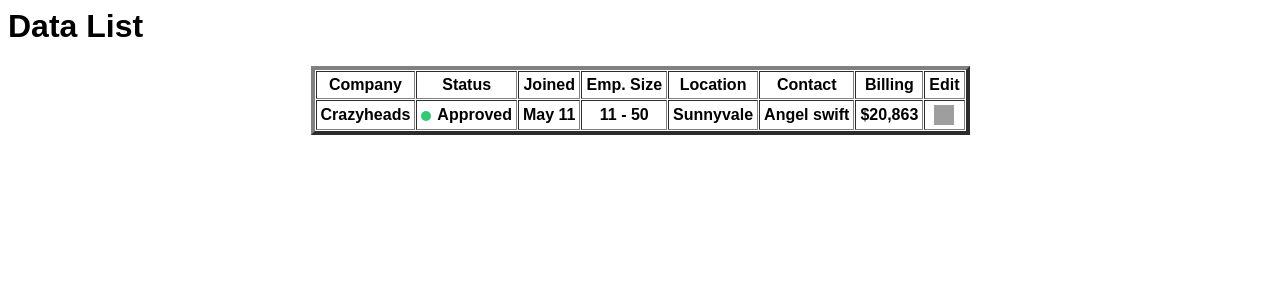
Repository: AdityaTech-Pro/FullStackWithBridgelabz
Page: Assignment2/Data_List/index.html
The author's editor kept a copy of each file at every save. The page is drawn from the files as they stood at one save, then again after the next save.
The browser window is 1280 px wide. The pictures show the whole page.
Pictures or frames that could not be fetched are drawn as grey boxes.

Above is the page before, as saved 2025-10-15 09:37:22.

After the next save:
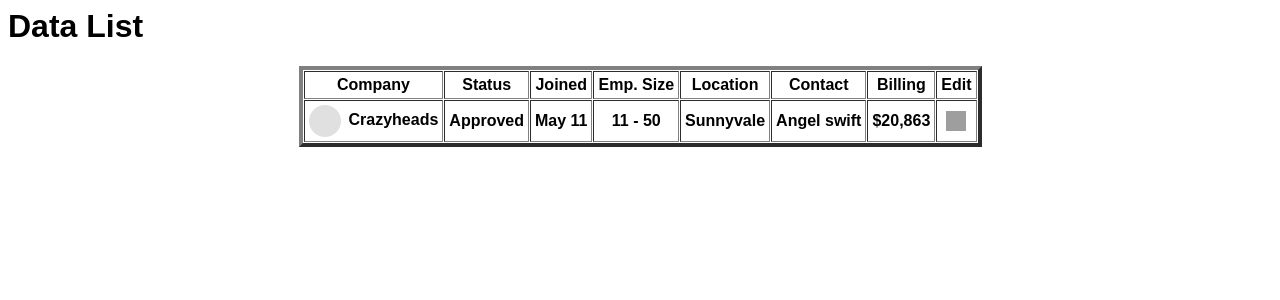
Saved 2 min 12 s later.
--- a/Assignment2/Data_List/index.html
+++ b/Assignment2/Data_List/index.html
@@ -17,17 +17,22 @@
             height: 20px;
             vertical-align: middle;
         }
-        /* small round dot to show status or as an icon */
-
-        .dot {
+        /* circular avatar placeholder that can contain an image */
+        .avatar {
             display: inline-block;
-            width: 10px;
-            height: 10px;
+            width: 32px;
+            height: 32px;
             border-radius: 50%;
-            background: #2ecc71;
-            /* green by default */
-            margin-right: 6px;
+            background: #e0e0e0;
+            margin-right: 8px;
             vertical-align: middle;
+            overflow: hidden;
+        }
+        .avatar img {
+            width: 100%;
+            height: 100%;
+            object-fit: cover;
+            display: block;
         }
     </style>
 </head>
@@ -50,8 +55,8 @@
         </tr>
 
         <tr>
-            <th>Crazyheads</th>
-            <th><span class="dot"></span>Approved</th>
+            <th><span class="avatar" id="avatar-crazyheads" title="Add logo"></span>Crazyheads</th>
+            <th>Approved</th>
             <th>May 11</th>
             <th>11 - 50</th>
             <th>Sunnyvale</th>
